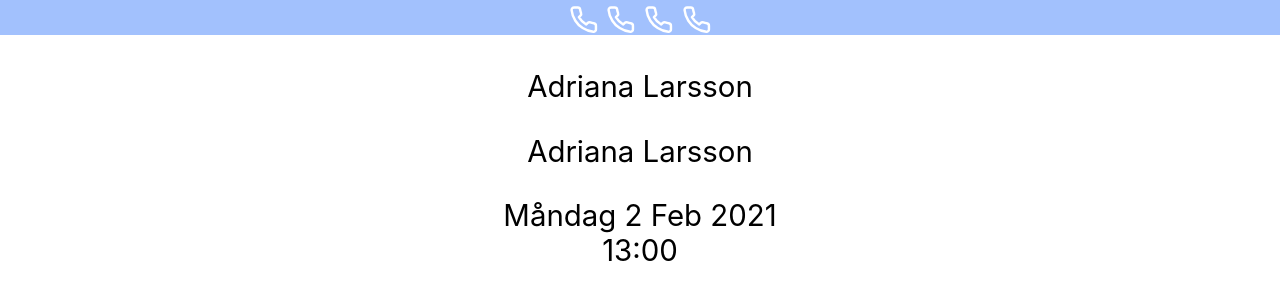
Repository: AdrianaLarsson/learning-react-adriana
Page: /
An editor plug-in stored every save of this project. The page is shown before and after the next save, followed by the edit.
The browser window is 1280 px wide. The pictures show the whole page.
The project was rebuilt for these pictures with package versions that can differ from the ones it lists, and the page was loaded fresh each time. Also part of the build but not shown: src/components/pixiLearn/pixi-learning.js, src/components/pixiLearn/reactTimline/timelinegant.js.

Above is the page before, as saved 2021-02-17 13:24:39.

After the next save:
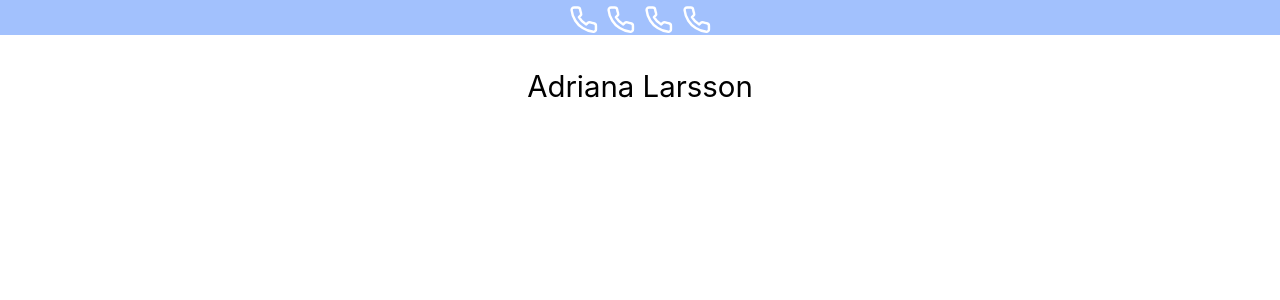
Saved 6 s later.
--- a/src/components/pixiLearn/waypoint-mobile/box-name-day-time.js
+++ b/src/components/pixiLearn/waypoint-mobile/box-name-day-time.js
@@ -8,9 +8,7 @@ function boxNameDayTime() {
 <Container className="box">
   <Row>
     <Col><p>Adriana Larsson</p></Col>
-    <Col><p>Adriana Larsson</p></Col>
-    <Col>Måndag 2 Feb 2021</Col>
-    <Col>13:00</Col>
+
   </Row>
 </Container>
 
